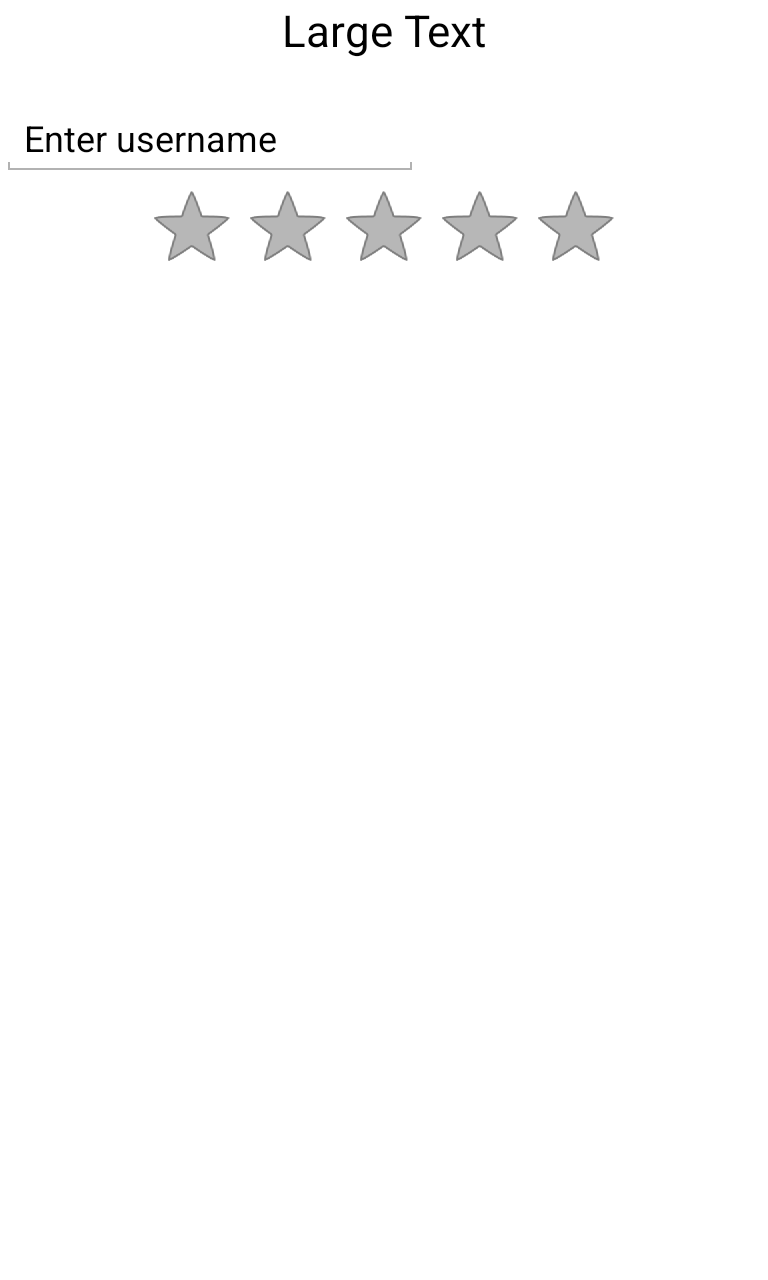
Repository: yash256/atnt
Layout: WNY Farm Fresh/res/layout/dialog.xml
These files come from the project's save history. The layout is drawn as it stood at one moment and after the next save; the edit follows.
It is drawn on a 768 x 1280 px phone screen (xhdpi) without system bars, with theme AppTheme; the app's code is not run.

Above is the layout before, as saved 2014-11-10 19:55:12.

After the next save:
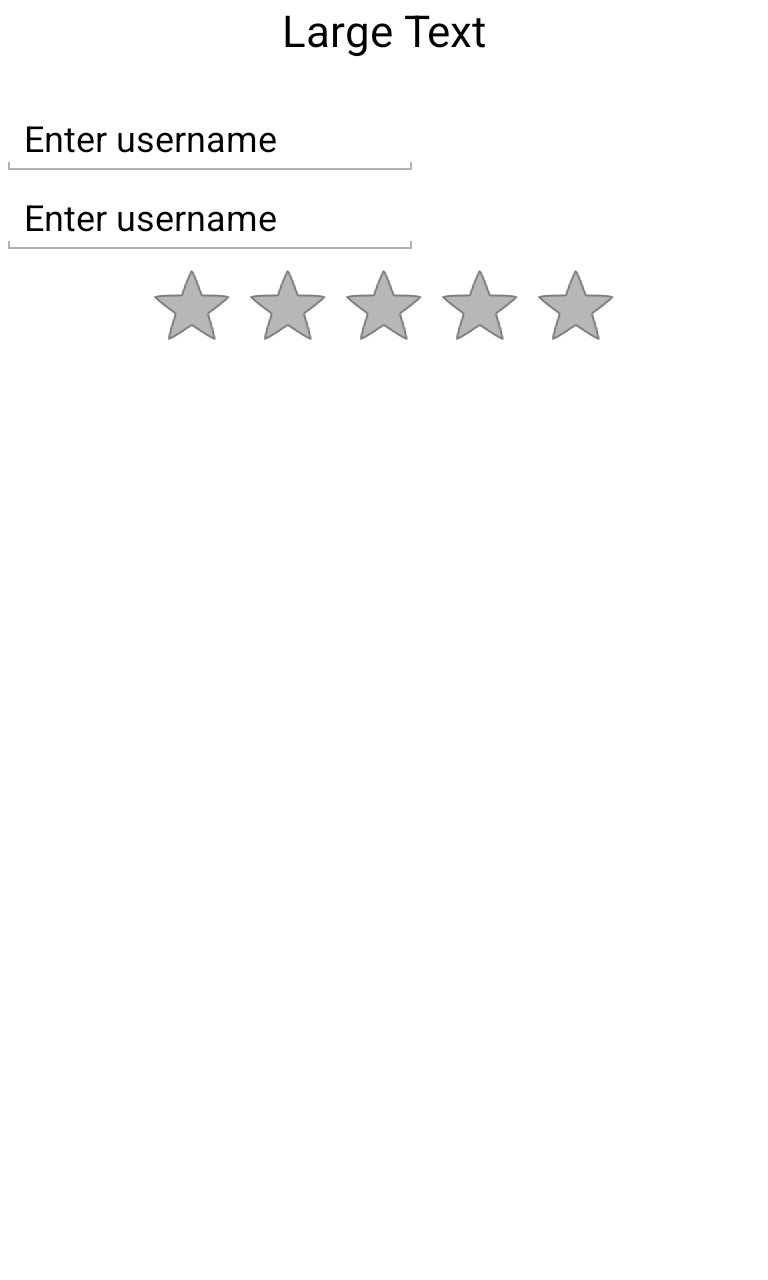
Saved 2 min 33 s later.
--- a/WNY Farm Fresh/res/layout/dialog.xml
+++ b/WNY Farm Fresh/res/layout/dialog.xml
@@ -27,6 +27,14 @@
         android:inputType="textPersonName">
 
     </EditText>
+    <EditText
+        android:id="@+id/review_text"
+        android:layout_columnSpan="6"
+        android:layout_gravity="center_horizontal"
+        android:ems="10"
+        android:text="@string/username_edittext"
+        android:inputType="textMultiLine">
+    </EditText>
 
     <RatingBar
         android:id="@+id/ratingBar1"
